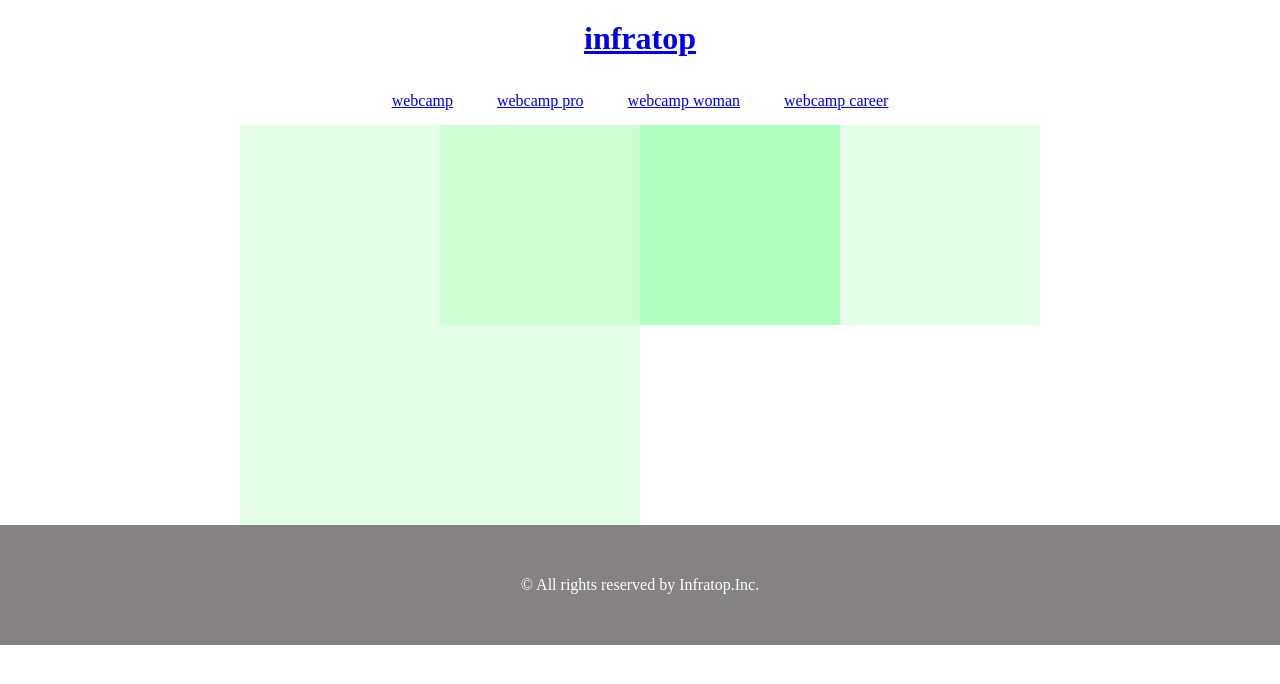
Repository: achoko3/Practice-problem
Page: chapter4/chapter4.html
The author's editor kept a record of every edit. The page is drawn from the files as they stood at one moment, then again after the next edit.
The browser window is 1280 px wide. The pictures show the whole page.

Above is the page before.

### chapter4/chapter4.html
<!DOCTYPE html>
<html lang="ja">
  <head>
    <meta charset="UTF-8" />
    <!-- CSSファイルの読み込み -->
    <link rel="stylesheet" href="chapter4.css" />
    <title>chapter4</title>
  </head>

  <body>
    <header>
      <h1><a href="http://infratop.jp/">infratop</a></h1>
    </header>
    <nav>
      <ul class="nav-list">
        <li class="nav-list-item">
         <a href="http://web-camp.io/" >webcamp</a>
        </li>
        <li class="nav-list-item">
          <a href="http://web-camp.io/pro/" >webcamp pro</a>
        </li>
        <li class="nav-list-item">
          <a href="http://web-camp.io/woman/" >webcamp woman</a>
        </li>
        <li class="nav-list-item">
          <a href="http://web-camp.io/career/" >webcamp career</a>
        </li>
      </ul>
    </nav>
    <!-- box1用のdiv -->

    <div class="main">
      <div class="box1"></div>
      <div class="box2"></div>
      <div class="box3"></div>
      <div class="box4"></div>
      <div class="box5"></div>
      <div class="box6"></div>
      <div class="box7"></div>
      <div class="box8"></div>
      <div class="box9"></div>
      <div class="box10"></div>
      <div class="box11"></div>
      <div class="box12"></div>
    </div>
    <footer>
      <p class="footer-text">© All rights reserved by Infratop.Inc.</p>
    </footer>

  </body>
</html>

### chapter4/chapter4.css
/* ブラウザがそれぞれ持っているCSSをリセットするための記述 */
*{
 margin: 0;
 padding: 0;
 box-sizing: border-box;
}

header{
  width:100%;
  padding:20px 0;
  margin:0 auto;
  text-align:center;
}


.nav-list{
  text-align:center;
  padding:15px 0;
  margin:0 auto;
}

.nav-list-item{
  list-style:none;
  display:inline-block;
  margin:0 20px;
}



.main{
  width:800px;
  display:flex;
  margin:0 auto;
  flex-wrap: wrap;
}

.box1{
  width:200px;
  height:200px;
  background-color:#e6ffe9;
}

.box2{
  width:200px;
  height:200px;
  background-color:#cbffd3;
}

.box3{
  width:200px;
  height:200px;
  background-color:#aeffbd;
}

.box4{
  width:200px;
  height:200px;
  background-color:#e6ffe9;
}

.box5{
  width:200px;
  height:200px;
  background-color:#e6ffe9;
}

.box6{
  width:200px;
  height:200px;
  background-color:#e6ffe9;
}

footer{
  width:100%;
  height:120px;
  text-align: center;
  line-height: 120px;
  background-color: #848282;
}
.footer-text {
color: #fff;

}

After the next edit:
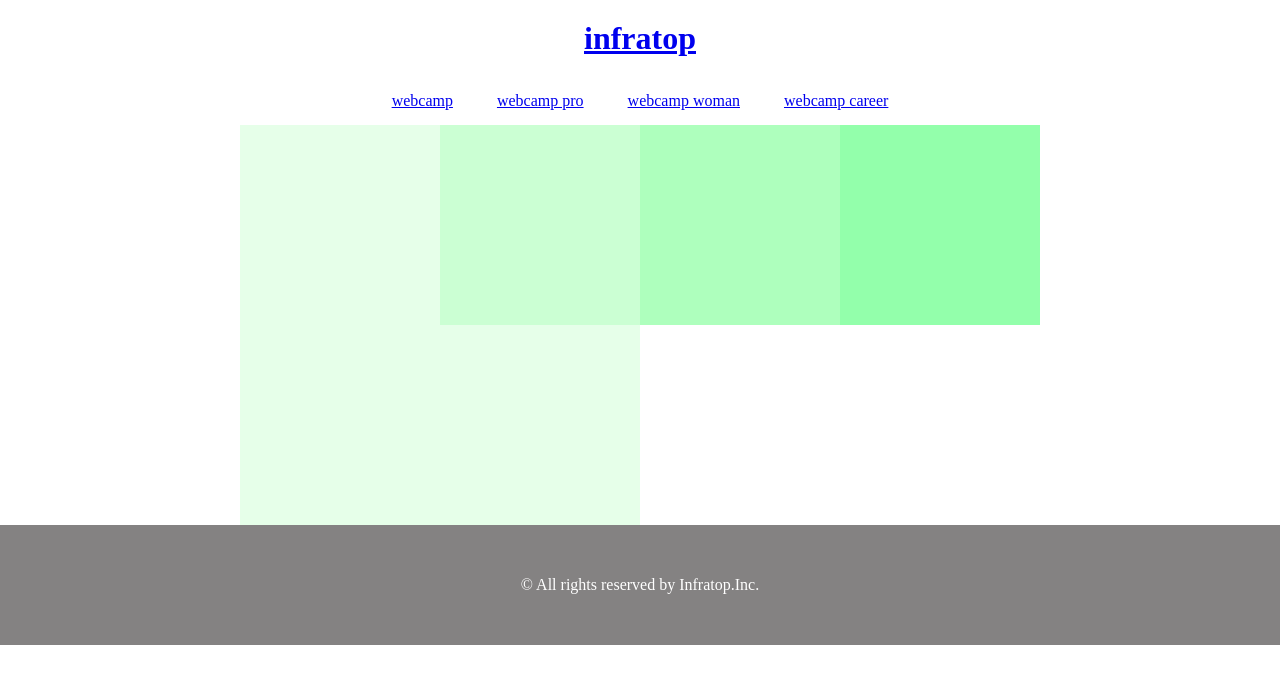
The edit:
--- a/chapter4/chapter4.css
+++ b/chapter4/chapter4.css
@@ -55,7 +55,7 @@
 .box4{
   width:200px;
   height:200px;
-  background-color:#e6ffe9;
+  background-color:#93ffab;
 }
 
 .box5{
